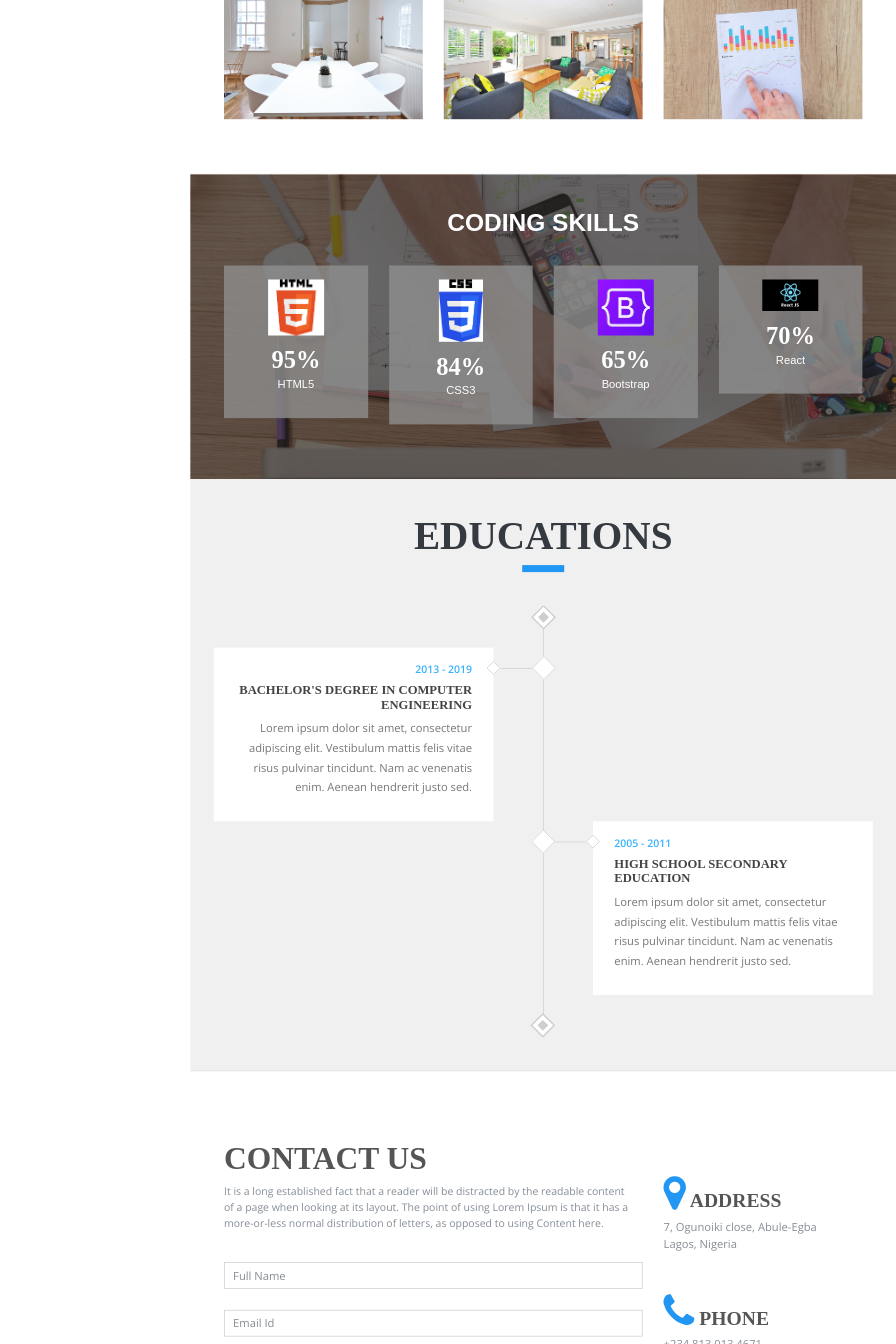
Repository: smit1298/portfolio
Page: index.html
These files come from the project's save history. The page is drawn as it stood at one moment and after the next save; the edit follows.
The browser window is 1280 px wide. The pictures show the part of the page from y = 1935 to 3855 px (the page is 4828 px tall before and 4824 px after), at 70% of full size.
Some web fonts or font styles are not loaded; a fallback is used.

Above is the page before, as saved 2021-06-28 18:27:33.

After the next save:
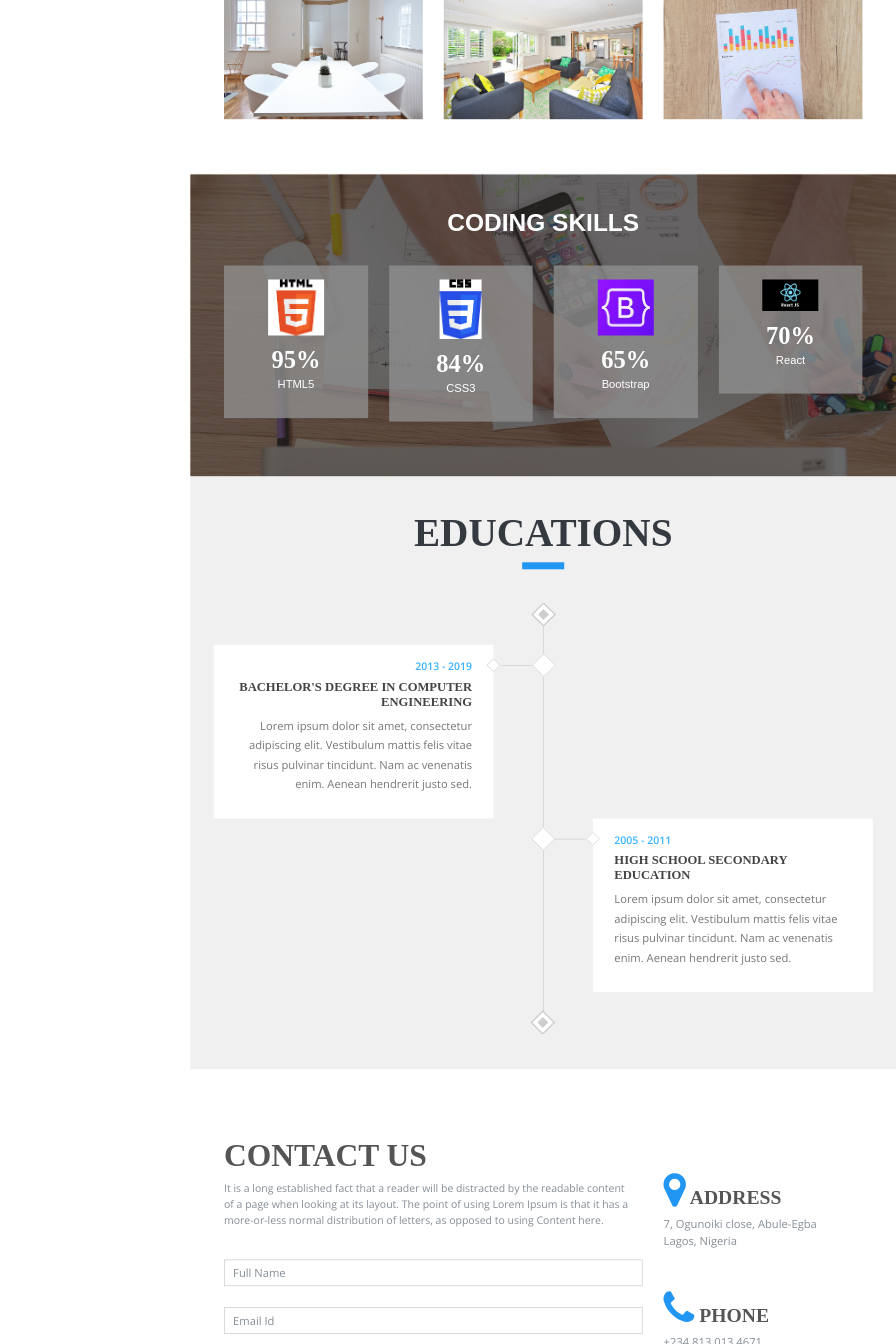
Saved 8 s later.
--- a/index.html
+++ b/index.html
@@ -353,7 +353,7 @@
             </div>
             <div class="col-md-3 col-sm-6">
               <div class="skill-item">
-                <img src="./img/skills/css.png" style="width: 63px; height: auto;" alt="css3" />
+                <img src="./img/skills/css.png" style="width: 60px; height: auto;" alt="css3" />
                 <h2><span class="counter"> 84 </span><span>%</span></h2>
                 <p>CSS3</p>
               </div>
